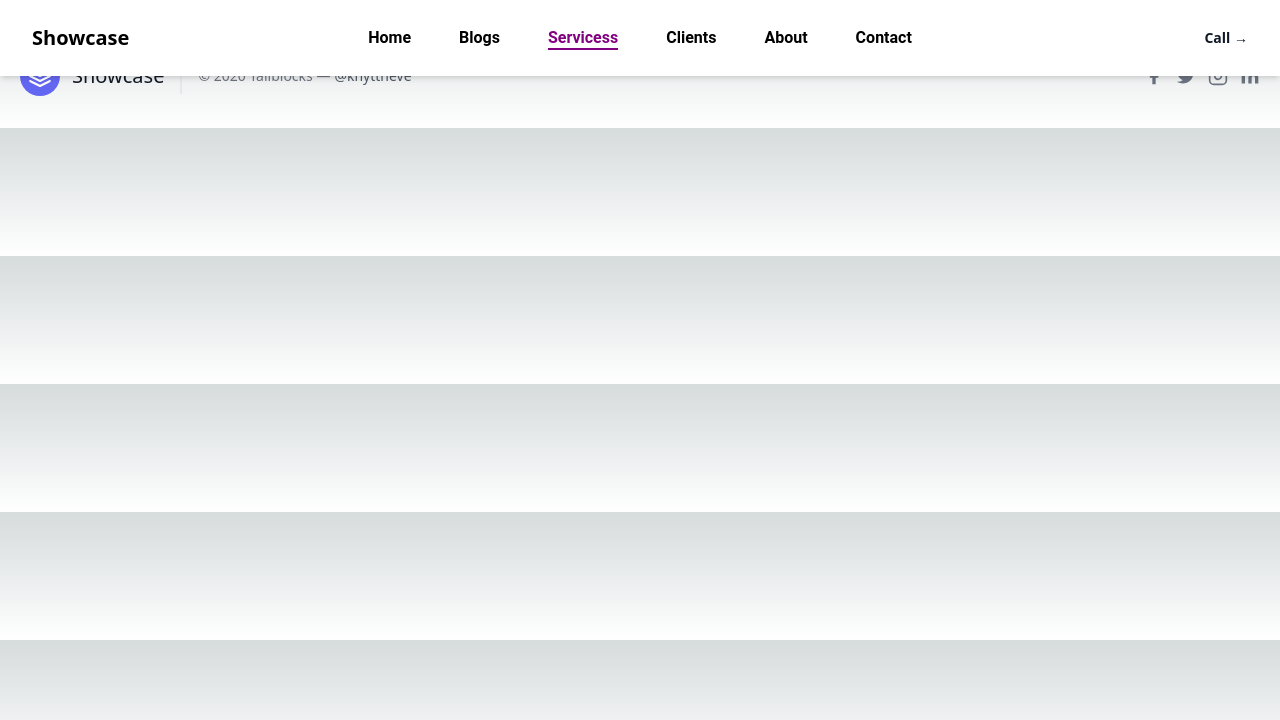
Repository: prashant523580/showcase
Page: /services
The author's editor kept a copy of each file at every save. The page is drawn from the files as they stood at one save, then again after the next save.
The browser window is 1280 px wide. The pictures show the whole page.
The project was rebuilt for these pictures with package versions that can differ from the ones it lists, and the page was loaded fresh each time. The framework's server and built-in components were replaced by stand-ins that run in the browser. Also part of the build but not shown: next.config.js.

Above is the page before, as saved 2023-03-25 17:44:13.

### src/pages/_app.tsx
import Footer from '@/components/Footer'
import Navbar from '@/components/Navbar'
import React from "react";
import '@/styles/globals.css'
import type { AppProps } from 'next/app'
import AOS from "aos";
import "aos/dist/aos.css"
export default function App({ Component, pageProps }: AppProps) {
  React.useEffect(()=>{
      AOS.init()
  },[])
  return(
<>
    <Navbar/>
    <Component {...pageProps} />
    <Footer/>
</>
    )
}

### src/pages/services.tsx
import React from 'react'

export default function Services() {
  return (
    <div>services</div>
  )
}

### src/components/Footer.tsx
import React from 'react'

export default function Footer() {
  return (
    <footer className="text-gray-600 body-font">
  <div className="container px-5 py-8 mx-auto flex items-center sm:flex-row flex-col">
    <a className="flex title-font font-medium items-center md:justify-start justify-center text-gray-900">
      <svg xmlns="http://www.w3.org/2000/svg" fill="none" stroke="currentColor" stroke-linecap="round" stroke-linejoin="round" stroke-width="2" className="w-10 h-10 text-white p-2 bg-indigo-500 rounded-full" viewBox="0 0 24 24">
        <path d="M12 2L2 7l10 5 10-5-10-5zM2 17l10 5 10-5M2 12l10 5 10-5"></path>
      </svg>
      <span className="ml-3 text-xl">Showcase</span>
    </a>
    <p className="text-sm text-gray-500 sm:ml-4 sm:pl-4 sm:border-l-2 sm:border-gray-200 sm:py-2 sm:mt-0 mt-4">© 2020 Tailblocks —
      <a href="https://twitter.com/knyttneve" className="text-gray-600 ml-1" rel="noopener noreferrer" target="_blank">@knyttneve</a>
    </p>
    <span className="inline-flex sm:ml-auto sm:mt-0 mt-4 justify-center sm:justify-start">
      <a className="text-gray-500">
        <svg fill="currentColor" stroke-linecap="round" stroke-linejoin="round" stroke-width="2" className="w-5 h-5" viewBox="0 0 24 24">
          <path d="M18 2h-3a5 5 0 00-5 5v3H7v4h3v8h4v-8h3l1-4h-4V7a1 1 0 011-1h3z"></path>
        </svg>
      </a>
      <a className="ml-3 text-gray-500">
        <svg fill="currentColor" stroke-linecap="round" stroke-linejoin="round" stroke-width="2" className="w-5 h-5" viewBox="0 0 24 24">
          <path d="M23 3a10.9 10.9 0 01-3.14 1.53 4.48 4.48 0 00-7.86 3v1A10.66 10.66 0 013 4s-4 9 5 13a11.64 11.64 0 01-7 2c9 5 20 0 20-11.5a4.5 4.5 0 00-.08-.83A7.72 7.72 0 0023 3z"></path>
        </svg>
      </a>
      <a className="ml-3 text-gray-500">
        <svg fill="none" stroke="currentColor" stroke-linecap="round" stroke-linejoin="round" stroke-width="2" className="w-5 h-5" viewBox="0 0 24 24">
          <rect width="20" height="20" x="2" y="2" rx="5" ry="5"></rect>
          <path d="M16 11.37A4 4 0 1112.63 8 4 4 0 0116 11.37zm1.5-4.87h.01"></path>
        </svg>
      </a>
      <a className="ml-3 text-gray-500">
        <svg fill="currentColor" stroke="currentColor" stroke-linecap="round" stroke-linejoin="round" stroke-width="0" className="w-5 h-5" viewBox="0 0 24 24">
          <path stroke="none" d="M16 8a6 6 0 016 6v7h-4v-7a2 2 0 00-2-2 2 2 0 00-2 2v7h-4v-7a6 6 0 016-6zM2 9h4v12H2z"></path>
          <circle cx="4" cy="4" r="2" stroke="none"></circle>
        </svg>
      </a>
    </span>
  </div>
</footer>
  )
}

### src/components/Navbar.tsx
// import React from 'react'

// export default function Navbar() {
//   return (
//     <header className="text-gray-600 body-font">
//   <div className="container mx-auto flex flex-wrap p-5 flex-col md:flex-row items-center">
//     <nav className="flex lg:w-2/5 flex-wrap items-center text-base md:ml-auto">
//       <a className="mr-5 hover:text-gray-900">First Link</a>
//       <a className="mr-5 hover:text-gray-900">Second Link</a>
//       <a className="mr-5 hover:text-gray-900">Third Link</a>
//       <a className="hover:text-gray-900">Fourth Link</a>
//     </nav>
//     <a className="flex order-first lg:order-none lg:w-1/5 title-font font-medium items-center text-gray-900 lg:items-center lg:justify-center mb-4 md:mb-0">
//       <svg xmlns="http://www.w3.org/2000/svg" fill="none" stroke="currentColor" stroke-linecap="round" stroke-linejoin="round" stroke-width="2" className="w-10 h-10 text-white p-2 bg-indigo-500 rounded-full" viewBox="0 0 24 24">
//         <path d="M12 2L2 7l10 5 10-5-10-5zM2 17l10 5 10-5M2 12l10 5 10-5"></path>
//       </svg>
//       <span className="ml-3 text-xl">Tailblocks</span>
//     </a>
//     <div className="lg:w-2/5 inline-flex lg:justify-end ml-5 lg:ml-0">
//       <button className="inline-flex items-center bg-gray-100 border-0 py-1 px-3 focus:outline-none hover:bg-gray-200 rounded text-base mt-4 md:mt-0">Button
//         <svg fill="none" stroke="currentColor" stroke-linecap="round" stroke-linejoin="round" stroke-width="2" className="w-4 h-4 ml-1" viewBox="0 0 24 24">
//           <path d="M5 12h14M12 5l7 7-7 7"></path>
//         </svg>
//       </button>
//     </div>
//   </div>
// </header>
//   )
// }
import React, { useState } from 'react'
import {useRouter} from "next/router"
import { Dialog } from '@headlessui/react'
import { Bars3Icon, XMarkIcon } from '@heroicons/react/24/outline'
import Link from 'next/link'

const navigation = [
  { name: 'Home', href: '/' },
  { name: 'Blogs', href: '/blogs' },
  { name: 'Servicess', href: '/services' },
  { name: 'Clients', href: '/clients' },
  { name: 'About', href: '/about' },
  { name: 'Contact', href: '/contact' },
]
function ActiveLink({ children, href } : any) {
  const router = useRouter();
  const style = {
      // padding: 10,
    // marginRight: 10,
    fontWeight:"bold",
    color: router.asPath === href ? 'purple' : 'black',
    boxShadow:  router.asPath === href ? "inset 0 -2px 0 0 purple" : "none",
    fontFamily: "'Roboto', sans-serif",
  }

  const handleClick = (e : any) => {
    e.preventDefault()
    router.push(href)
  }

  return (
    <a href={href} onClick={handleClick} style={style}>
      {children}
    </a>
  )
}
export default function Example() {
  const [mobileMenuOpen, setMobileMenuOpen] = useState(false)

  return (
    <div className="bg-white">
      <header className="absolute shadow-md bg-white inset-x-0 top-0 z-50">
        <nav className="flex items-center justify-between p-6 lg:px-8" aria-label="Global">
          <div className="flex lg:flex-1">
            <Link href="/" className="-m-1.5 p-1.5">
              <span className="sr-only">Showcase</span>
              {/* <img
                className="h-8 w-auto"
                src="https://tailwindui.com/img/logos/mark.svg?color=indigo&shade=600"
                alt=""
              /> */}
              <h1 className='font-bold text-xl'>Showcase</h1>
            </Link>
          </div>
          <div className="flex lg:hidden">
            <button
              type="button"
              className="-m-2.5 inline-flex items-center justify-center rounded-md p-2.5 text-gray-700"
              onClick={() => setMobileMenuOpen(true)}
            >
              <span className="sr-only">Open main menu</span>
              <Bars3Icon className="h-6 w-6" aria-hidden="true" />
            </button>
          </div>
          <div className="hidden lg:flex lg:gap-x-12">
            {navigation.map((item) => (
              <ActiveLink key={item.name} href={item.href}>
                {item.name}
              </ActiveLink>
            ))}
          </div>
          <div className="hidden lg:flex lg:flex-1 lg:justify-end">
            <Link href="tel:+9779816514719" className="text-sm font-semibold leading-6 text-gray-900">
              Call <span aria-hidden="true">&rarr;</span>
            </Link>
          </div>
        </nav>
        <Dialog as="div" className="lg:hidden transition-all" open={mobileMenuOpen} onClose={setMobileMenuOpen}>
          <div className="fixed inset-0 z-50  transition-all" />
          <Dialog.Panel className="fixed transition-all inset-y-0 right-0 z-50 w-full overflow-y-auto bg-white px-6 py-6 sm:max-w-sm sm:ring-1 sm:ring-gray-900/10">
            <div className="flex items-center justify-between">
              <Link href="#" className="-m-1.5 p-1.5">
                <span className="sr-only">Showcase</span>
                <img
                  className="h-8 w-auto"
                  src="https://tailwindui.com/img/logos/mark.svg?color=indigo&shade=600"
                  alt=""
                />
              </Link>
              <button
                type="button"
                className="-m-2.5 rounded-md p-2.5 text-gray-700"
                onClick={() => setMobileMenuOpen(false)}
              >
                <span className="sr-only">Close menu</span>
                <XMarkIcon className="h-6 w-6" aria-hidden="true" />
              </button>
            </div>
            <div className="mt-6 flow-root">
              <div className="-my-6 divide-y divide-gray-500/10">
                <div className="space-y-2 py-6">
                  {navigation.map((item) => (
                    <Link
                      key={item.name}
                      href={item.href}
                      className="-mx-3 block rounded-lg py-2 px-3 text-base font-semibold leading-7 text-gray-900 hover:bg-gray-50"
                    >
                      {item.name}
                    </Link>
                  ))}
                </div>
                <div className="py-6">
                  <Link
                    href="#"
                    className="-mx-3 block rounded-lg py-2.5 px-3 text-base font-semibold leading-7 text-gray-900 hover:bg-gray-50"
                  >
                    Log in
                  </Link>
                </div>
              </div>
            </div>
          </Dialog.Panel>
        </Dialog>
      </header>


    </div>
  )
}

### src/styles/globals.css
@tailwind base;
@tailwind components;
@tailwind utilities;
@import url('https://fonts.googleapis.com/css2?family=Aclonica&family=Caveat&family=DM+Serif+Text&family=Oswald&family=Roboto&family=Vollkorn&display=swap');

:root {
  --max-width: 1100px;
  --border-radius: 12px;
  --font-mono: ui-monospace, Menlo, Monaco, 'Cascadia Mono', 'Segoe UI Mono',
    'Roboto Mono', 'Oxygen Mono', 'Ubuntu Monospace', 'Source Code Pro',
    'Fira Mono', 'Droid Sans Mono', 'Courier New', monospace;

  --foreground-rgb: 0, 0, 0;
  --background-start-rgb: 214, 219, 220;
  --background-end-rgb: 255, 255, 255;

  --primary-glow: conic-gradient(
    from 180deg at 50% 50%,
    #16abff33 0deg,
    #0885ff33 55deg,
    #54d6ff33 120deg,
    #0071ff33 160deg,
    transparent 360deg
  );
  --secondary-glow: radial-gradient(
    rgba(255, 255, 255, 1),
    rgba(255, 255, 255, 0)
  );

  --tile-start-rgb: 239, 245, 249;
  --tile-end-rgb: 228, 232, 233;
  --tile-border: conic-gradient(
    #00000080,
    #00000040,
    #00000030,
    #00000020,
    #00000010,
    #00000010,
    #00000080
  );

  --callout-rgb: 238, 240, 241;
  --callout-border-rgb: 172, 175, 176;
  --card-rgb: 180, 185, 188;
  --card-border-rgb: 131, 134, 135;
}

@media (prefers-color-scheme: dark) {
  :root {
    --foreground-rgb: 255, 255, 255;
    --background-start-rgb: 0, 0, 0;
    --background-end-rgb: 0, 0, 0;

    --primary-glow: radial-gradient(rgba(1, 65, 255, 0.4), rgba(1, 65, 255, 0));
    --secondary-glow: linear-gradient(
      to bottom right,
      rgba(1, 65, 255, 0),
      rgba(1, 65, 255, 0),
      rgba(1, 65, 255, 0.3)
    );

    --tile-start-rgb: 2, 13, 46;
    --tile-end-rgb: 2, 5, 19;
    --tile-border: conic-gradient(
      #ffffff80,
      #ffffff40,
      #ffffff30,
      #ffffff20,
      #ffffff10,
      #ffffff10,
      #ffffff80
    );

    --callout-rgb: 20, 20, 20;
    --callout-border-rgb: 108, 108, 108;
    --card-rgb: 100, 100, 100;
    --card-border-rgb: 200, 200, 200;
  }
}

* {
  box-sizing: border-box;
  padding: 0;
  margin: 0;
}

html,
body {
  max-width: 100vw;
  overflow-x: hidden;

}

body {
  color: rgb(var(--foreground-rgb));
  background: linear-gradient(
      to bottom,
      transparent,
      rgb(var(--background-end-rgb))
    )
    rgb(var(--background-start-rgb));
      /*
    font-family: 'Vollkorn', serif;
    font-family: 'Oswald', sans-serif;
    font-family: 'Aclonica', sans-serif;
    font-family: 'Caveat', cursive;
    font-family: 'DM Serif Text', serif;
    font-family: 'Roboto', sans-serif;
    */
}

a {
  color: inherit;
  text-decoration: none;
}

@media (prefers-color-scheme: dark) {
  html {
    color-scheme: dark;
  }
}

Loaded but not shown: src/pages/_document.tsx (common file); tailwind.config.js (common file)

After the next save:
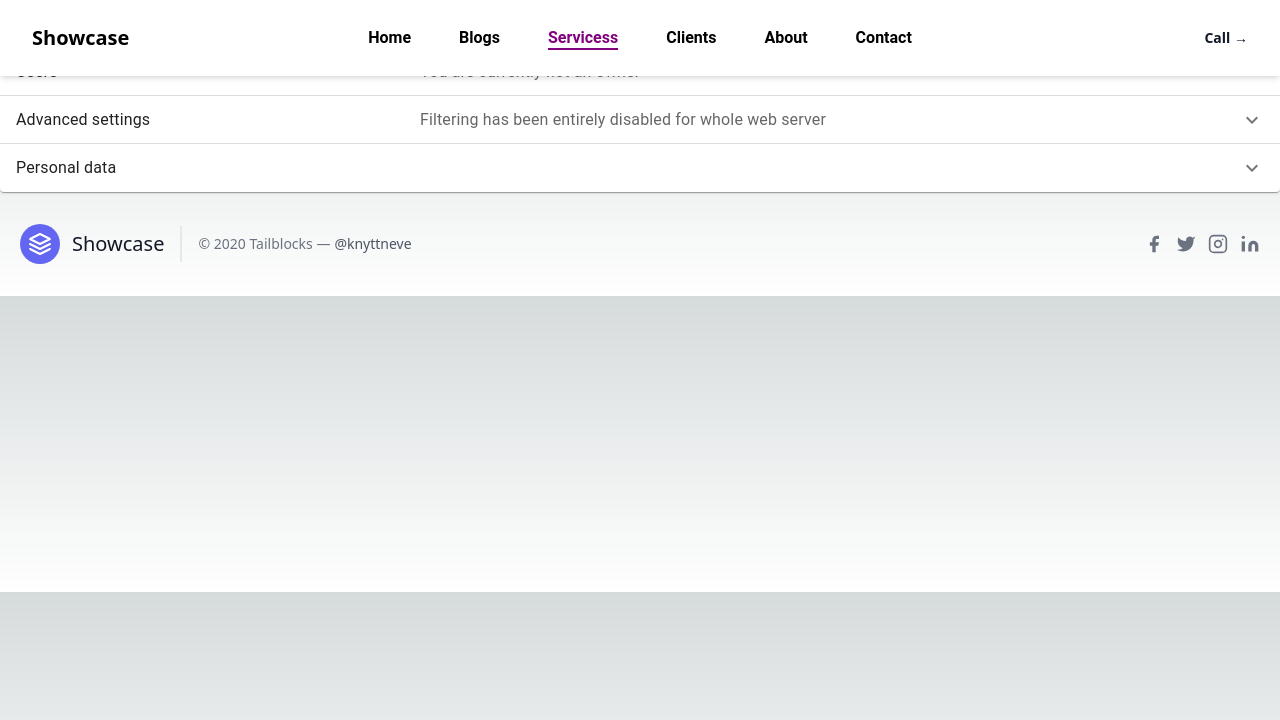
Saved 3 min 20 s later.
--- a/src/pages/services.tsx
+++ b/src/pages/services.tsx
@@ -1,7 +1,92 @@
-import React from 'react'
+import * as React from 'react';
+import Accordion from '@mui/material/Accordion';
+import AccordionDetails from '@mui/material/AccordionDetails';
+import AccordionSummary from '@mui/material/AccordionSummary';
+import Typography from '@mui/material/Typography';
+import ExpandMoreIcon from '@mui/icons-material/ExpandMore';
 
-export default function Services() {
+export default function Sercices() {
+  const [expanded, setExpanded] = React.useState<string | false>(false);
+
+  const handleChange =
+    (panel: string) => (event: React.SyntheticEvent, isExpanded: boolean) => {
+      setExpanded(isExpanded ? panel : false);
+    };
+
   return (
-    <div>services</div>
-  )
+    <div>
+      <Accordion expanded={expanded === 'panel1'} onChange={handleChange('panel1')}>
+        <AccordionSummary
+          expandIcon={<ExpandMoreIcon />}
+          aria-controls="panel1bh-content"
+          id="panel1bh-header"
+        >
+          <Typography sx={{ width: '33%', flexShrink: 0 }}>
+            General settings
+          </Typography>
+          <Typography sx={{ color: 'text.secondary' }}>I am an accordion</Typography>
+        </AccordionSummary>
+        <AccordionDetails>
+          <Typography>
+            Nulla facilisi. Phasellus sollicitudin nulla et quam mattis feugiat.
+            Aliquam eget maximus est, id dignissim quam.
+          </Typography>
+        </AccordionDetails>
+      </Accordion>
+      <Accordion expanded={expanded === 'panel2'} onChange={handleChange('panel2')}>
+        <AccordionSummary
+          expandIcon={<ExpandMoreIcon />}
+          aria-controls="panel2bh-content"
+          id="panel2bh-header"
+        >
+          <Typography sx={{ width: '33%', flexShrink: 0 }}>Users</Typography>
+          <Typography sx={{ color: 'text.secondary' }}>
+            You are currently not an owner
+          </Typography>
+        </AccordionSummary>
+        <AccordionDetails>
+          <Typography>
+            Donec placerat, lectus sed mattis semper, neque lectus feugiat lectus,
+            varius pulvinar diam eros in elit. Pellentesque convallis laoreet
+            laoreet.
+          </Typography>
+        </AccordionDetails>
+      </Accordion>
+      <Accordion expanded={expanded === 'panel3'} onChange={handleChange('panel3')}>
+        <AccordionSummary
+          expandIcon={<ExpandMoreIcon />}
+          aria-controls="panel3bh-content"
+          id="panel3bh-header"
+        >
+          <Typography sx={{ width: '33%', flexShrink: 0 }}>
+            Advanced settings
+          </Typography>
+          <Typography sx={{ color: 'text.secondary' }}>
+            Filtering has been entirely disabled for whole web server
+          </Typography>
+        </AccordionSummary>
+        <AccordionDetails>
+          <Typography>
+            Nunc vitae orci ultricies, auctor nunc in, volutpat nisl. Integer sit
+            amet egestas eros, vitae egestas augue. Duis vel est augue.
+          </Typography>
+        </AccordionDetails>
+      </Accordion>
+      <Accordion expanded={expanded === 'panel4'} onChange={handleChange('panel4')}>
+        <AccordionSummary
+          expandIcon={<ExpandMoreIcon />}
+          aria-controls="panel4bh-content"
+          id="panel4bh-header"
+        >
+          <Typography sx={{ width: '33%', flexShrink: 0 }}>Personal data</Typography>
+        </AccordionSummary>
+        <AccordionDetails>
+          <Typography>
+            Nunc vitae orci ultricies, auctor nunc in, volutpat nisl. Integer sit
+            amet egestas eros, vitae egestas augue. Duis vel est augue.
+          </Typography>
+        </AccordionDetails>
+      </Accordion>
+    </div>
+  );
 }
